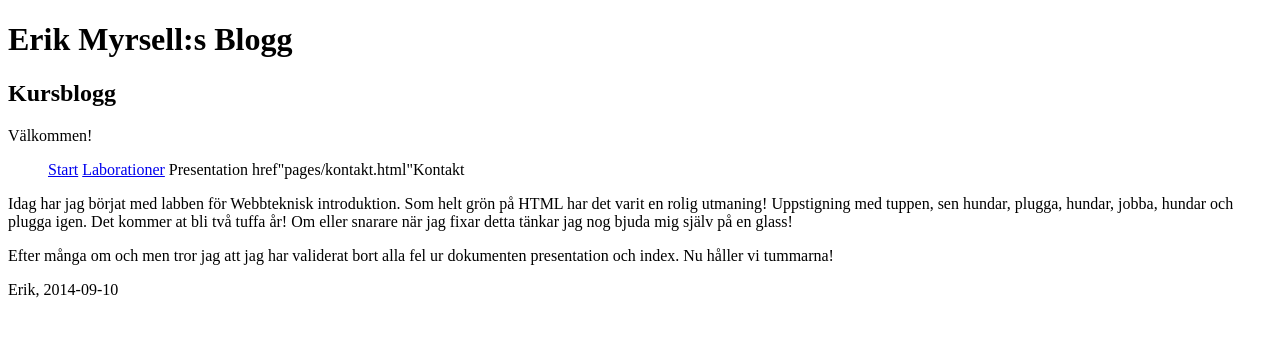
Repository: em222mt/1IK415_em222mt
Page: index.html
The author's editor kept a record of every edit. The page is drawn from the files as they stood at one moment, then again after the next edit.
The browser window is 1280 px wide. The pictures show the whole page.

Above is the page before.

After the next edit:
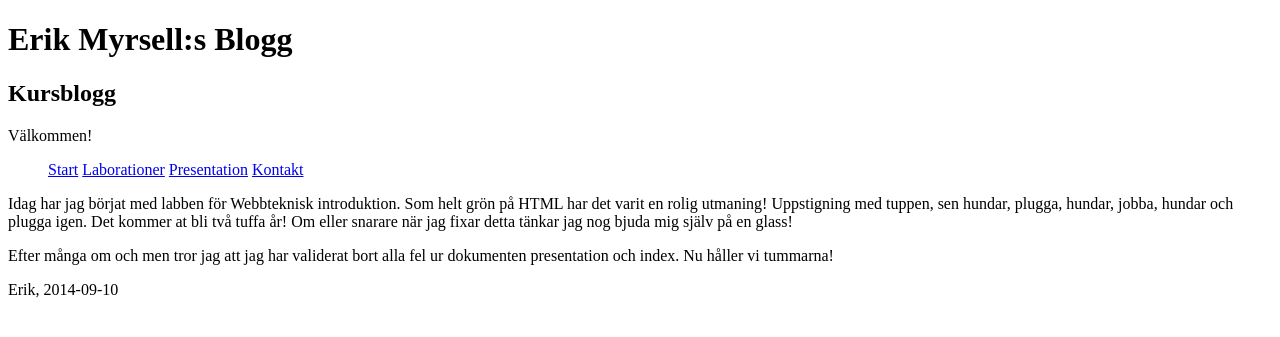
The edit:
--- a/index.html
+++ b/index.html
@@ -16,8 +16,8 @@
         <ul>
         <a href="index.html">Start</a>
         <a href="pages/laborationer.html">Laborationer</a>
-        <a href"pages/presentation.html">Presentation</a>
-        <a> href"pages/kontakt.html"Kontakt</a>
+        <a href="pages/presentation.html">Presentation</a>
+        <a href="pages/kontakt.html">Kontakt</a>
         </ul>
 
         <p>Idag har jag börjat med labben för Webbteknisk introduktion. Som helt grön på HTML har det varit en rolig utmaning!
